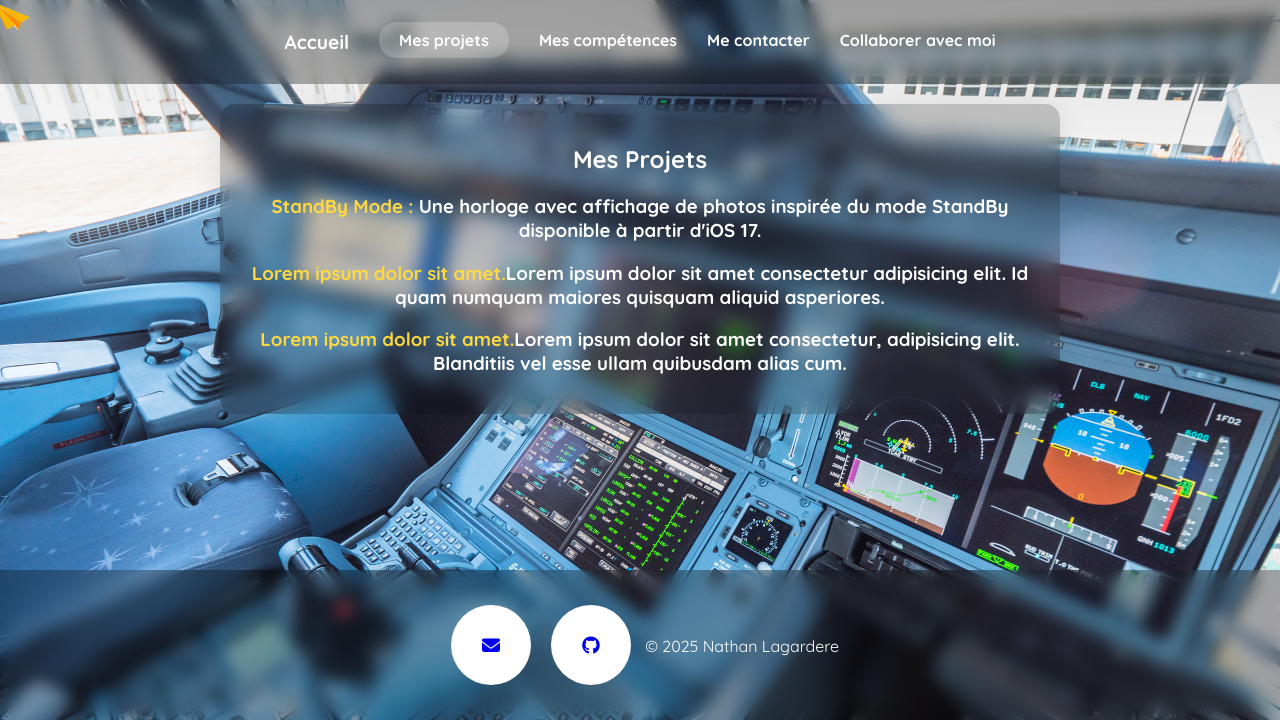
Repository: nlagardere/myportfolio
Page: projects.html
These files come from the project's save history. The page is drawn as it stood at one moment and after the next save; the edit follows.
The browser window is 1280 px wide. The pictures show the whole page.

Above is the page before, as saved 2025-09-07 12:01:37.

### projects.html
<!DOCTYPE html>
<html lang="fr">
<head>
  <meta charset="UTF-8">
  <meta name="viewport" content="width=device-width, initial-scale=1.0">
  <title>Portfolio</title>

  <link href="https://fonts.googleapis.com/css2?family=Exo+2:wght@400;700&family=Quicksand:wght@400;700&display=swap" rel="stylesheet">
  <link rel="stylesheet" href="https://cdnjs.cloudflare.com/ajax/libs/font-awesome/6.5.0/css/all.min.css">

  <style>
    html{
      scroll-behavior: smooth;
      cursor: none;
    }

    body {
      font-family: 'Quicksand', sans-serif;
      margin: 0;
      padding: 0;
      min-height: 100vh;
      display: flex;
      flex-direction: column;
      background: url('a350.jpg') no-repeat center center;
      background-size: cover;
      color: #fff;

    }

    header {
      text-align: center;
      padding: 30px 20px;
      background: rgba(0,0,0,0.3);
      backdrop-filter: blur(8px);
    }

    .glasscard, .competences {
      background: rgba(0, 0, 0, 0.2);
      border-radius: 15px;
      padding: 20px;
      margin: 20px auto;
      max-width: 800px;
      backdrop-filter: blur(10px);
      box-shadow: 0 4px 30px rgba(0,0,0,0.1);
      text-align: center;
      animation: zoomPop 1s ease forwards;
      color: white;
    }

    .highlight {
      color: #FFD93D;
      font-weight: bold;
    }

    @keyframes zoomPop {
      0% { opacity: 0; transform: scale(0.1) translateZ(-800px); }
      60% { opacity: 1; transform: scale(1.2) translateZ(50px); }
      80% { transform: scale(0.95) translateZ(0); }
      100% { opacity: 1; transform: scale(1) translateZ(0); }
    }

    .wrapper {
      display: inline-flex;
      justify-content: center;
      list-style: none;
      padding: 20px 0;
      margin: 0 auto;
    }

    .wrapper .icon {
      position: relative;
      background: #ffffff;
      border-radius: 50%;
      padding: 15px;
      margin: 0 10px;
      width: 50px;
      height: 50px;
      font-size: 18px;
      display: flex;
      justify-content: center;
      align-items: center;
      cursor: pointer;
      transition: all 0.2s cubic-bezier(0.68, -0.55, 0.265, 1.55);
    }

    .wrapper .tooltip {
      position: absolute;
      bottom: 100%;
      left: 50%;
      transform: translateX(-50%) translateY(-10px);
      font-size: 14px;
      background: #333;
      color: #fff;
      padding: 5px 8px;
      border-radius: 5px;
      opacity: 0;
      pointer-events: none;
      white-space: nowrap;
      transition: all 0.3s cubic-bezier(0.68, -0.55, 0.265, 1.55);
      z-index: 10;
    }

    .wrapper .tooltip::before {
      content: "";
      position: absolute;
      top: 100%;
      left: 50%;
      transform: translateX(-50%) rotate(45deg);
      width: 8px;
      height: 8px;
      background: #333;
    }

    .wrapper .icon:hover .tooltip {
      opacity: 1;
      pointer-events: auto;
      transform: translateX(-50%) translateY(-15px);
    }

    .wrapper .mail:hover,
    .wrapper .mail:hover .tooltip,
    .wrapper .mail:hover .tooltip::before {
      background: #00CED1;
      color: #fff;
    }

    .wrapper .github:hover,
    .wrapper .github:hover .tooltip,
    .wrapper .github:hover .tooltip::before {
      background: #333333;
      color: #fff;
    }

    .footer{
      text-align: center;
      padding: 15px 20px;
      background: rgba(0,0,0,0.3);
      backdrop-filter: blur(8px);
      color: white;
      margin-top: auto;
    }

    .navbar ul {
      list-style: none;
      padding: 0;
      margin: 0;
      display: flex;
      justify-content: center;
      gap: 30px;
      flex-wrap: wrap;
    }
    .navbar ul li {
      display: inline;
    }
    .navbar ul li a {
      text-decoration: none;
      color: white;
      font-weight: bold;
      transition: color 0.3s;
    }
    .navbar ul li a:hover {
      color: #FFD93D;
    }

    .navbar .accueil a {
      font-size: 1.2em;
      font-weight: bold;
      color: #ffffff;
    }
    .navbar .accueil a:hover {
      color: #FFD93D;
    }

    .projets-wrapper {
      background: rgba(255, 255, 255, 0.2);
      backdrop-filter: blur(10px);
      padding: 8px 20px;
      border-radius: 25px;
      color: #fff;
      font-weight: bold;
      transition: all 0.3s ease;
    }

    .projets-wrapper:hover {
      background: rgba(255, 255, 255, 0.4);
      transform: scale(1.05);
      color: #FFD93D;
    }

    #mouse {
  position: fixed;
  top: 0;
  left: 0;
  width: 64px;
  height: 64px;
  background: url('cursor.png') no-repeat center center;
  background-size: contain;
  pointer-events: none; /* pour que le curseur ne bloque pas les clics */
  transform: translate(-50%, -50%);
  z-index: 9999;
  transform: translate(-35%, -25%);
  pointer-events: none;
}
::selection {
  background-color: #ffcc00; /* couleur de fond */
  color: #000000;            /* couleur du texte */
}



    @media (max-width: 600px) {
      .letter-block .letter {
        font-size: 2.5em;
      }
    }

  </style>
</head>
<body>
  <div id="mouse"></div>
  <header>
    <nav class="navbar">
      <ul>
        <li class="accueil">
          <a href="index.html">Accueil</a>
        </li>
        <li><a href="projects.html" class="projets-wrapper">Mes projets</a></li>
        <li><a href="competences.html">Mes compétences</a></li>
        <li><a href="contact.html">Me contacter</a></li>
        <li><a href="collaborate.html">Collaborer avec moi</a></li>
      </ul>
    </nav>
  </header>

 <div calss="projects">
    <div class="glasscard">
      <h2>Mes Projets</h2>
      <h3><span class="highlight">StandBy Mode : </span>Une horloge avec affichage de photos inspirée du mode StandBy disponible à partir d'iOS 17.</h3>
      <h3><span class="highlight">Lorem ipsum dolor sit amet.</span>Lorem ipsum dolor sit amet consectetur adipisicing elit. Id quam numquam maiores quisquam aliquid asperiores.</h3>
      <h3><span class="highlight">Lorem ipsum dolor sit amet.</span>Lorem ipsum dolor sit amet consectetur, adipisicing elit. Blanditiis vel esse ullam quibusdam alias cum.</h3>
    </div>
  </div>



  <div class="footer">
    <ul class="wrapper">
      <li class="icon mail">
        <a href="mailto:nathan.lagardere@gmail.com" target="_blank">
          <span class="tooltip">Mail</span>
          <i class="fas fa-envelope"></i>
        </a>
      </li>
      <li class="icon github">
        <a href="https://github.com/nlagardere" target="_blank">
          <span class="tooltip">Github</span>
          <i class="fab fa-github"></i>
        </a>
      </li>
    </ul>
    © 2025 Nathan Lagardere
  </div>

  <script>
    const mouse = document.querySelector('#mouse')
    window.addEventListener('mousemove', (e) => {
      mouse.style.top = e.pageY + 'px'
      mouse.style.left = e.pageX + 'px'
    })
  </script>
</body>
</html>

After the next save:
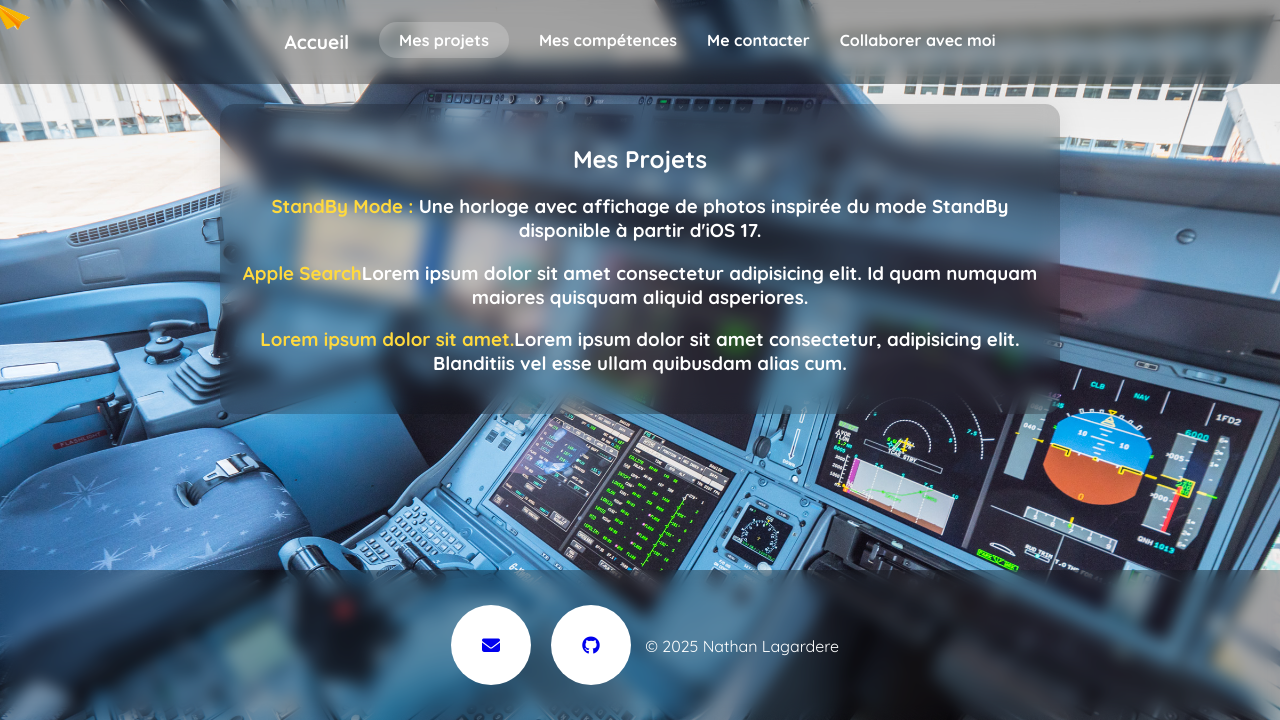
Saved 46 s later.
--- a/projects.html
+++ b/projects.html
@@ -236,7 +236,7 @@
     <div class="glasscard">
       <h2>Mes Projets</h2>
       <h3><span class="highlight">StandBy Mode : </span>Une horloge avec affichage de photos inspirée du mode StandBy disponible à partir d'iOS 17.</h3>
-      <h3><span class="highlight">Lorem ipsum dolor sit amet.</span>Lorem ipsum dolor sit amet consectetur adipisicing elit. Id quam numquam maiores quisquam aliquid asperiores.</h3>
+      <h3><span class="highlight">Apple Search</span>Lorem ipsum dolor sit amet consectetur adipisicing elit. Id quam numquam maiores quisquam aliquid asperiores.</h3>
       <h3><span class="highlight">Lorem ipsum dolor sit amet.</span>Lorem ipsum dolor sit amet consectetur, adipisicing elit. Blanditiis vel esse ullam quibusdam alias cum.</h3>
     </div>
   </div>
